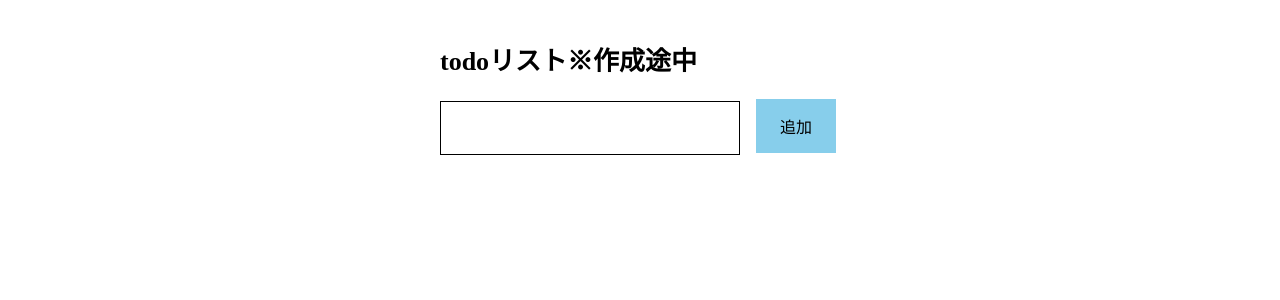
Repository: FujieRyou/react_practice
Page: /
These files come from the project's save history. The page is drawn as it stood at one moment and after the next save; the edit follows.
The browser window is 1280 px wide. The pictures show the whole page.
The project was rebuilt for these pictures with package versions that can differ from the ones it lists, and the page was loaded fresh each time. Also part of the build but not shown: vite.config.js, src/components/testComponent.jsx, src/components/countUp.jsx, src/components/switchFlag.jsx, src/components/props1.jsx, src/components/profile.jsx, src/components/ivent.jsx.

Above is the page before, as saved 2023-01-19 03:51:17.

### src/App.jsx
import { useEffect } from "react"
import { useRef } from "react"
import { useState } from "react"
import TestComponent from "./components/testComponent"
import styles from "./scss/style.scss"
import Todolist from "./components/todoComponent"
import CountUp from "./components/countUp"
import SwitchFlag from "./components/switchFlag"
import PropsPractice from "./components/props1"
import Profile from "./components/profile"
import ChangeIvent from "./components/ivent"


const App = () =>{
  const profileInfo = [
    {name:"Takasi",age:20,from:"大阪"},
    {name:"Hirosi",age:19,from:"東京"},
    {name:"Musasi",age:21,from:"名古屋"},
]


  return(
    <div>
      {/* todolist作成中 */}
      <Todolist />

      {/* 押すたびにcountがupする(useState練習) */}
      {/* < CountUp /> */}

      {/* 押すたびにON,OFFがきりかわる(useState練習) */}
      {/* <SwitchFlag /> */}

    {/* props練習 */}
    {/* <PropsPractice color="red"/>
    <PropsPractice num={123}/> */}

    {/* <Profile
      name={profileInfo[0].name}
      age={profileInfo[0].age}
      from={profileInfo[0].from}
    />

    <Profile
      {...profileInfo[1]}
    />

    <Profile/>

    <ChangeIvent /> */}

    </div>






  )
}


export default App

### src/scss/style.scss
@forward "_ress";

input{
    border: solid 1px black;
    width: 200px;
    height: 32px;
}

.btn{
    width: 56px;
    height: 32px;
    background-color: aquamarine;
}

.list{
    width: 200px;
    height: 100px;
    background-color: tomato;
    border: solid 1px skyblue;
    padding: 10px 12px;
    list-style-type: none;
}

.component{
    width: 200px;
    height: 150px;
    border: solid 5px green;
    color: green;
}
.component.red{
    width: 200px;
    height: 150px;
    border: solid 5px red;
    color: red;
}

.mouseInOut{
    width: 200px;
    height: 200px;
    background-color: aquamarine;
    margin-top: 20px;
}

.todoWrap{
    width: 400px;
    height: 200px;
    margin: 0 auto;
    padding-top: 40px;
    h2{
        font-size: 26px;
    }
}

.addBtn{
    width: 80px;
    height: 54px;
    background-color: skyblue;
    margin-left: 16px;
}

.txtArea{
    width: 300px;
    height: 54px;
    margin-top: 24px;
}

### src/components/todoComponent.jsx
import style from "../scss/style.scss"
import { useState } from "react";

const Todolist = () =>{
    const [val, setVal] = useState();

    return(
        <div className="todoWrap">
            <h2>todoリスト※作成途中</h2>
            <input type="text" id="txtArea" className="txtArea" />
            <button type="button" id="addBtn" className="addBtn">追加</button>
            <div id="listWrap">
            </div>
        </div>
    )
}

export default Todolist;

### src/scss/_ress.scss
/*!
 * ress.css • v4.0.0
 * MIT License
 * github.com/filipelinhares/ress
 */

/* # =================================================================
   # Global selectors
   # ================================================================= */

   html {
    box-sizing: border-box;
    -webkit-text-size-adjust: 100%; /* Prevent adjustments of font size after orientation changes in iOS */
    word-break: normal;
    -moz-tab-size: 4;
    tab-size: 4;
  }

  *,
  ::before,
  ::after {
    background-repeat: no-repeat; /* Set `background-repeat: no-repeat` to all elements and pseudo elements */
    box-sizing: inherit;
  }

  ::before,
  ::after {
    text-decoration: inherit; /* Inherit text-decoration and vertical align to ::before and ::after pseudo elements */
    vertical-align: inherit;
  }

  * {
    padding: 0; /* Reset `padding` and `margin` of all elements */
    margin: 0;
  }

  /* # =================================================================
     # General elements
     # ================================================================= */

  hr {
    overflow: visible; /* Show the overflow in Edge and IE */
    height: 0; /* Add the correct box sizing in Firefox */
    color: inherit; /* Correct border color in Firefox. */
  }

  details,
  main {
    display: block; /* Render the `main` element consistently in IE. */
  }

  summary {
    display: list-item; /* Add the correct display in all browsers */
  }

  small {
    font-size: 80%; /* Set font-size to 80% in `small` elements */
  }

  [hidden] {
    display: none; /* Add the correct display in IE */
  }

  abbr[title] {
    border-bottom: none; /* Remove the bottom border in Chrome 57 */
    /* Add the correct text decoration in Chrome, Edge, IE, Opera, and Safari */
    text-decoration: underline;
    text-decoration: underline dotted;
  }

  a {
    background-color: transparent; /* Remove the gray background on active links in IE 10 */
  }

  a:active,
  a:hover {
    outline-width: 0; /* Remove the outline when hovering in all browsers */
  }

  code,
  kbd,
  pre,
  samp {
    font-family: monospace, monospace; /* Specify the font family of code elements */
  }

  pre {
    font-size: 1em; /* Correct the odd `em` font sizing in all browsers */
  }

  b,
  strong {
    font-weight: bolder; /* Add the correct font weight in Chrome, Edge, and Safari */
  }

  /* https://gist.github.com/unruthless/413930 */
  sub,
  sup {
    font-size: 75%;
    line-height: 0;
    position: relative;
    vertical-align: baseline;
  }

  sub {
    bottom: -0.25em;
  }

  sup {
    top: -0.5em;
  }

  table {
    border-color: inherit; /* Correct border color in all Chrome, Edge, and Safari. */
    text-indent: 0; /* Remove text indentation in Chrome, Edge, and Safari */
  }

  /* # =================================================================
     # Forms
     # ================================================================= */

  input {
    border-radius: 0;
  }

  /* Replace pointer cursor in disabled elements */
  [disabled] {
    cursor: default;
  }

  [type='number']::-webkit-inner-spin-button,
  [type='number']::-webkit-outer-spin-button {
    height: auto; /* Correct the cursor style of increment and decrement buttons in Chrome */
  }

  [type='search'] {
    -webkit-appearance: textfield; /* Correct the odd appearance in Chrome and Safari */
    outline-offset: -2px; /* Correct the outline style in Safari */
  }

  [type='search']::-webkit-search-decoration {
    -webkit-appearance: none; /* Remove the inner padding in Chrome and Safari on macOS */
  }

  textarea {
    overflow: auto; /* Internet Explorer 11+ */
    resize: vertical; /* Specify textarea resizability */
  }

  button,
  input,
  optgroup,
  select,
  textarea {
    font: inherit; /* Specify font inheritance of form elements */
  }

  optgroup {
    font-weight: bold; /* Restore the font weight unset by the previous rule */
  }

  button {
    overflow: visible; /* Address `overflow` set to `hidden` in IE 8/9/10/11 */
  }

  button,
  select {
    text-transform: none; /* Firefox 40+, Internet Explorer 11- */
  }

  /* Apply cursor pointer to button elements */
  button,
  [type='button'],
  [type='reset'],
  [type='submit'],
  [role='button'] {
    cursor: pointer;
    color: inherit;
  }

  /* Remove inner padding and border in Firefox 4+ */
  button::-moz-focus-inner,
  [type='button']::-moz-focus-inner,
  [type='reset']::-moz-focus-inner,
  [type='submit']::-moz-focus-inner {
    border-style: none;
    padding: 0;
  }

  /* Replace focus style removed in the border reset above */
  button:-moz-focusring,
  [type='button']::-moz-focus-inner,
  [type='reset']::-moz-focus-inner,
  [type='submit']::-moz-focus-inner {
    outline: 1px dotted ButtonText;
  }

  button,
  html [type='button'], /* Prevent a WebKit bug where (2) destroys native `audio` and `video`controls in Android 4 */
  [type='reset'],
  [type='submit'] {
    -webkit-appearance: button; /* Correct the inability to style clickable types in iOS */
  }

  /* Remove the default button styling in all browsers */
  button,
  input,
  select,
  textarea {
    background-color: transparent;
    border-style: none;
  }

  a:focus,
  button:focus,
  input:focus,
  select:focus,
  textarea:focus {
    outline-width: 0;
  }

  /* Style select like a standard input */
  select {
    -moz-appearance: none; /* Firefox 36+ */
    -webkit-appearance: none; /* Chrome 41+ */
  }

  select::-ms-expand {
    display: none; /* Internet Explorer 11+ */
  }

  select::-ms-value {
    color: currentColor; /* Internet Explorer 11+ */
  }

  legend {
    border: 0; /* Correct `color` not being inherited in IE 8/9/10/11 */
    color: inherit; /* Correct the color inheritance from `fieldset` elements in IE */
    display: table; /* Correct the text wrapping in Edge and IE */
    max-width: 100%; /* Correct the text wrapping in Edge and IE */
    white-space: normal; /* Correct the text wrapping in Edge and IE */
    max-width: 100%; /* Correct the text wrapping in Edge 18- and IE */
  }

  ::-webkit-file-upload-button {
    /* Correct the inability to style clickable types in iOS and Safari */
    -webkit-appearance: button;
    color: inherit;
    font: inherit; /* Change font properties to `inherit` in Chrome and Safari */
  }

  /* # =================================================================
     # Specify media element style
     # ================================================================= */

  img {
    border-style: none; /* Remove border when inside `a` element in IE 8/9/10 */
  }

  /* Add the correct vertical alignment in Chrome, Firefox, and Opera */
  progress {
    vertical-align: baseline;
  }

  /* # =================================================================
     # Accessibility
     # ================================================================= */

  /* Specify the progress cursor of updating elements */
  [aria-busy='true'] {
    cursor: progress;
  }

  /* Specify the pointer cursor of trigger elements */
  [aria-controls] {
    cursor: pointer;
  }

  /* Specify the unstyled cursor of disabled, not-editable, or otherwise inoperable elements */
  [aria-disabled='true'] {
    cursor: default;
  }

Loaded but not shown: index.html (common file); src/main.jsx (common file)

After the next save:
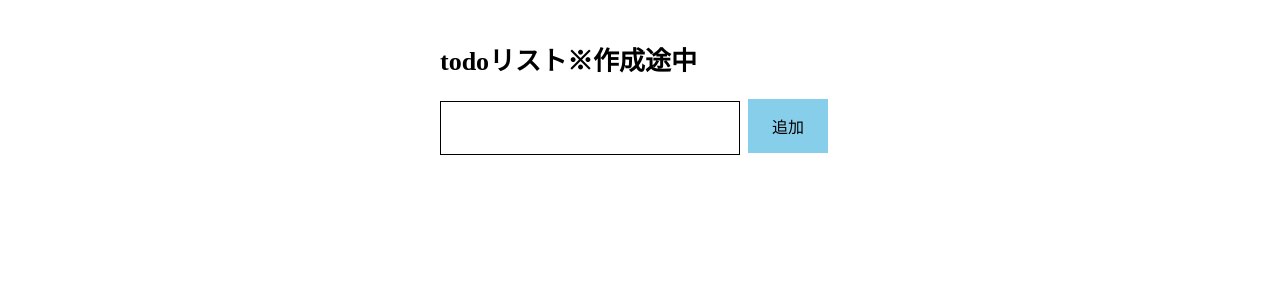
Saved 7 s later.
--- a/src/scss/style.scss
+++ b/src/scss/style.scss
@@ -55,7 +55,7 @@ input{
     width: 80px;
     height: 54px;
     background-color: skyblue;
-    margin-left: 16px;
+    margin-left: 8px;
 }
 
 .txtArea{
